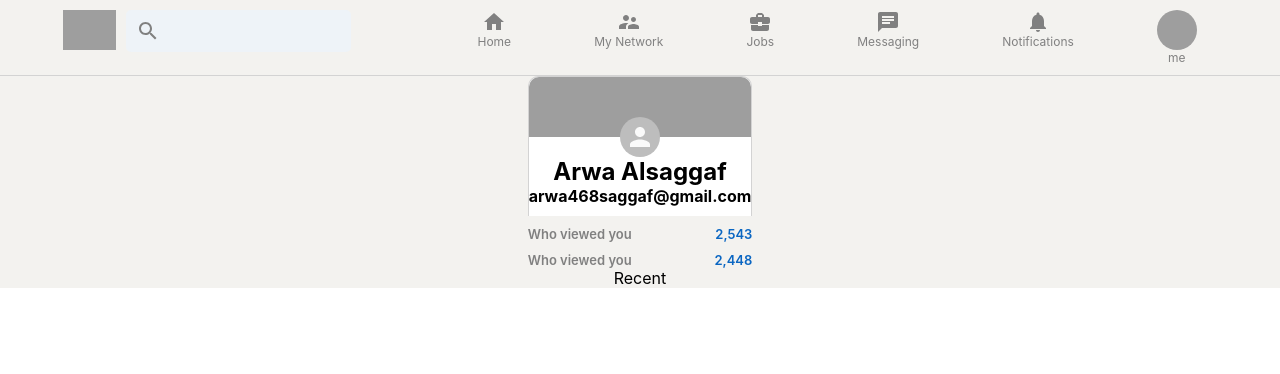
Repository: MEROO1010/linkedIn-clone-
Page: /
The author's editor kept a copy of each file at every save. The page is drawn from the files as they stood at one save, then again after the next save.
The browser window is 1280 px wide. The pictures show the whole page.
Pictures or frames that could not be fetched are drawn as grey boxes. The project was rebuilt for these pictures with package versions that can differ from the ones it lists, and the page was loaded fresh each time.

Above is the page before, as saved 2023-12-02 10:42:55.

After the next save:
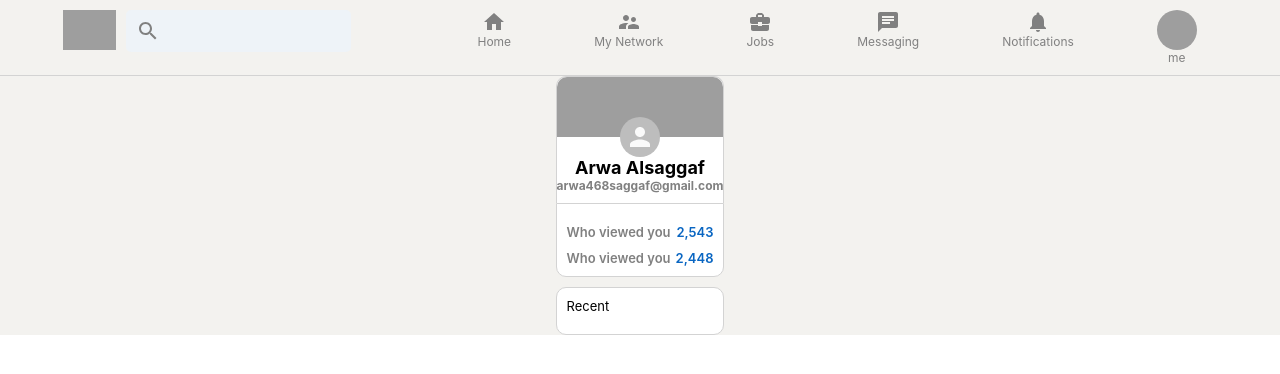
Saved 40 s later.
--- a/src/Sidebar.css
+++ b/src/Sidebar.css
@@ -11,14 +11,24 @@
     margin-bottom: 10px;
 }
 
+.sidebar__top > h4 {
+    color: gray;
+    font-size: 12px;
+}
+
+.sidebar__top > h2 {
+    font-size: 18px;
+
+}
+
 .sidebar__top {
     display: flex;
     flex-direction: column;
     align-items: center;
     border: 1px solid lightgray;
     border-bottom: 0;
-    border-top-left-radius:10px ;
-    border-top-right-radius:10px ;
+    border-top-left-radius: 10px;
+    border-top-right-radius: 10px;
     background-color: white;
     padding-bottom: 10px;
 }
@@ -27,11 +37,10 @@
     margin-bottom: -20px;
     width: 100%;
     height: 60px;
-    border-top-left-radius:10px ;
-    border-top-right-radius:10px ;
+    border-top-left-radius: 10px;
+    border-top-right-radius: 10px;
     object-fit: cover;
 }
-
 
 .sidebar__stat {
     margin-top: 10px;
@@ -40,12 +49,58 @@
 }
 
 .sidebar__stat > p {
-    color: gray;
-    font-size: 13px;
-    font-weight: 600;
+  color: gray;
+  font-size: 13px;
+  font-weight: 600;
+}
+
+.sidebar__stats {
+    padding: 10px;
+    margin-bottom: 10px;
+    border: 1px solid lightgrey;
+    background-color: white;
+    border-bottom-left-radius: 10px;
+    border-bottom-right-radius: 10px;
 }
 
 .sidebar__statNumber {
     font-weight: bold;
     color: #0a66c2 !important;
+
 }
+
+.sidebar__bottom {
+    text-align: left;
+    padding: 10px;
+    border: 1px solid lightgrey;
+    background-color: white;
+    border-radius: 10px;
+    margin-top: 10px;
+}
+
+.sidebar__recentItem {
+    display: flex;
+    font-size: 13px;
+    color: gray;
+    font-weight: bolder;
+    cursor: pointer;
+    margin-bottom: 5px;
+    padding: 5px;
+}
+
+.sidebar__bottom > p {
+    font-size: 13px;
+    padding-bottom: 10px;
+}
+
+.sidebar__recentItem:hover{
+    background-color: whitesmoke;
+    border-radius: 10px;
+    cursor: pointer;
+    color: black;
+}
+
+.sidebar__hash {
+    margin-right: 10px;
+    margin-left: 5px;
+}

After the save that followed:
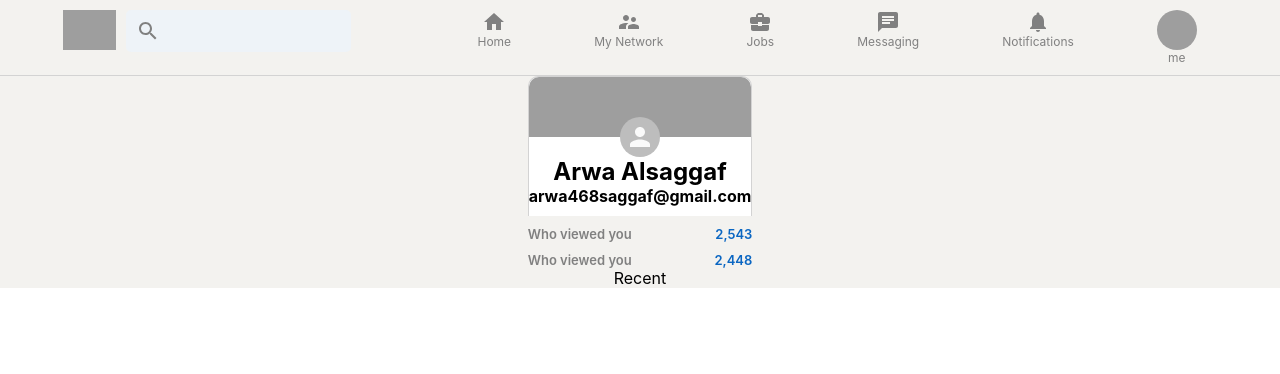
Saved 11 s later.
--- a/src/Sidebar.css
+++ b/src/Sidebar.css
@@ -11,24 +11,14 @@
     margin-bottom: 10px;
 }
 
-.sidebar__top > h4 {
-    color: gray;
-    font-size: 12px;
-}
-
-.sidebar__top > h2 {
-    font-size: 18px;
-
-}
-
 .sidebar__top {
     display: flex;
     flex-direction: column;
     align-items: center;
     border: 1px solid lightgray;
     border-bottom: 0;
-    border-top-left-radius: 10px;
-    border-top-right-radius: 10px;
+    border-top-left-radius:10px ;
+    border-top-right-radius:10px ;
     background-color: white;
     padding-bottom: 10px;
 }
@@ -37,10 +27,11 @@
     margin-bottom: -20px;
     width: 100%;
     height: 60px;
-    border-top-left-radius: 10px;
-    border-top-right-radius: 10px;
+    border-top-left-radius:10px ;
+    border-top-right-radius:10px ;
     object-fit: cover;
 }
+
 
 .sidebar__stat {
     margin-top: 10px;
@@ -49,58 +40,12 @@
 }
 
 .sidebar__stat > p {
-  color: gray;
-  font-size: 13px;
-  font-weight: 600;
-}
-
-.sidebar__stats {
-    padding: 10px;
-    margin-bottom: 10px;
-    border: 1px solid lightgrey;
-    background-color: white;
-    border-bottom-left-radius: 10px;
-    border-bottom-right-radius: 10px;
+    color: gray;
+    font-size: 13px;
+    font-weight: 600;
 }
 
 .sidebar__statNumber {
     font-weight: bold;
     color: #0a66c2 !important;
-
 }
-
-.sidebar__bottom {
-    text-align: left;
-    padding: 10px;
-    border: 1px solid lightgrey;
-    background-color: white;
-    border-radius: 10px;
-    margin-top: 10px;
-}
-
-.sidebar__recentItem {
-    display: flex;
-    font-size: 13px;
-    color: gray;
-    font-weight: bolder;
-    cursor: pointer;
-    margin-bottom: 5px;
-    padding: 5px;
-}
-
-.sidebar__bottom > p {
-    font-size: 13px;
-    padding-bottom: 10px;
-}
-
-.sidebar__recentItem:hover{
-    background-color: whitesmoke;
-    border-radius: 10px;
-    cursor: pointer;
-    color: black;
-}
-
-.sidebar__hash {
-    margin-right: 10px;
-    margin-left: 5px;
-}
